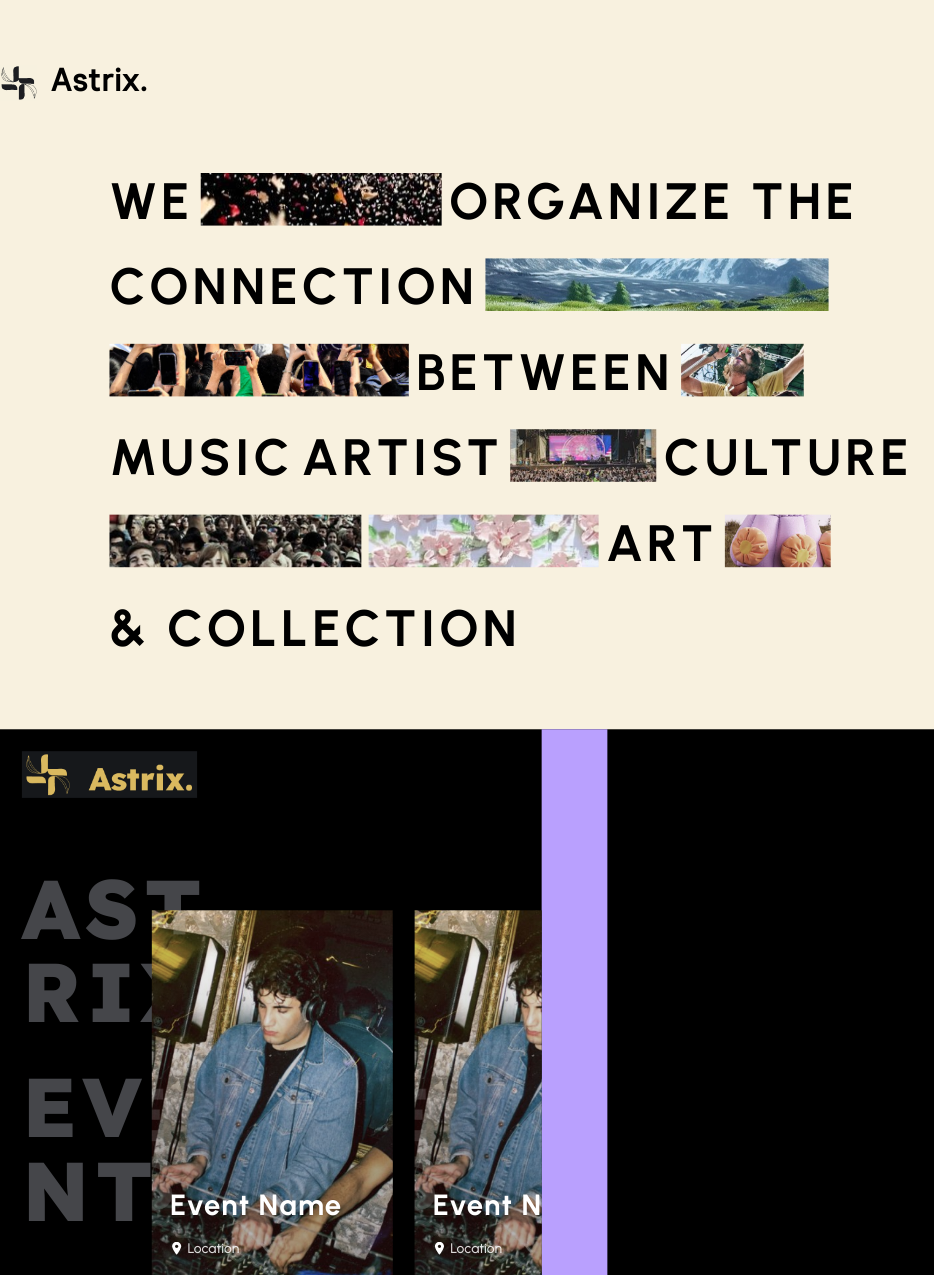
Repository: sharma171/astrix
Page: /
These files come from the project's save history. The page is drawn as it stood at one moment and after a run of saves; the edit follows.
The browser window is 1280 px wide. The pictures show the whole page, at 73% of full size.
The project was rebuilt for these pictures with package versions that can differ from the ones it lists, and the page was loaded fresh each time.

Above is the page before, as saved 2024-05-20 14:59:03.

### src/index.jsx
import React from 'react';
import ReactDOM from 'react-dom/client';
// import './index.css';
import App from './App';
import reportWebVitals from './reportWebVitals';

const root = ReactDOM.createRoot(document.getElementById('root'));
root.render(
  // <React.StrictMode>
    <App />
  // </React.StrictMode>
);

// If you want to start measuring performance in your app, pass a function
// to log results (for example: reportWebVitals(console.log))
// or send to an analytics endpoint. Learn more: https://bit.ly/CRA-vitals
reportWebVitals();

### src/App.jsx
import React from "react";
import { BrowserRouter as Router, Route, Routes } from "react-router-dom";
import Home from "./Home";
import "./component/main.css";
//fonts
import "./fonts/FUTURA45LIGHT.TTF";
import "./fonts/FUTURA55REGULAR.TTF";
import "./fonts/FUTURA65MEDIUM.TTF";
import "./fonts/FUTURA75BOLD.TTF";

function App() {
  return (
    <div>
      <Router>
        <Routes>
          <Route path="/" element={<Home/>} />
        </Routes>
      </Router>
    </div>
  );
}
export default App;

### src/Home.jsx
import React, { useState } from 'react';
import Hero from "./component/hero";
import HomeSection from './component/homesection';
const Home = () => {
    const [heroActive, setHeroActive] = useState(false);
    const handleActive = () => {
        setHeroActive(!heroActive);
    }
    return(
        <div>
            <div className={`floating-hero ${heroActive ? 'active' : ''}`} onClick={handleActive}>
                <Hero />
            </div>
            <div className="homesection">
                <HomeSection />
            </div>
        </div>
    );
}
export default Home;

### src/component/main.css
@import url('https://fonts.googleapis.com/css2?family=Urbanist:ital,wght@0,100..900;1,100..900&display=swap');

@font-face {
    font-family: "sebino";
    src: local("sebino"),
     url("../fonts/Sebino-Regular.ttf") format("truetype");
    font-weight: 500;
}
@font-face {
    font-family: "futuralight";
    src: local("futuralight"),
     url("../fonts/FUTURA45LIGHT.TTF") format("truetype");
    font-weight: light;
}
@font-face {
    font-family: "futuraregular";
    src: local("futuraregular"),
     url("../fonts/FUTURA55REGULAR.TTF") format("truetype");
    font-weight: regular;
}
@font-face {
    font-family: "futuramedium";
    src: local("futuramedium"),
     url("../fonts/FUTURA65MEDIUM.TTF") format("truetype");
    font-weight: medium;
}
@font-face {
    font-family: "futurabold";
    src: local("futurabold"),
     url("../fonts/FUTURA75BOLD.TTF") format("truetype");
    font-weight: bold;
}

*{
    padding: 0;
    margin: 0;
}
* a{
    text-decoration: none;
}
* .row-flex {
    display: flex;
    flex-direction: row;
}
* .col-flex {
    display: flex;
    flex-direction: column;
}
* .container {
    width: 100%;
    max-width: 1380px;
    margin: 0 auto;
}
* .bigcontainer {
    width: 100%;
    max-width: 1520px;
    margin: 0 auto;
}
#root {
    background: #000;
    min-height: 100vh;
}

### src/component/hero.jsx
import React from "react";
import Header from "./header";
import "./hero-overlay/css/hero.css";
import ImageOne from "./hero-overlay/images/heroimage1.jpeg";
import ImageTwo from "./hero-overlay/images/heroimage2.jpeg";
import ImageThree from "./hero-overlay/images/heroimage3.jpg";
import ImageFour from "./hero-overlay/images/heroimage4.png";
import ImageFive from "./hero-overlay/images/heroimage5.png";
import ImageSix from "./hero-overlay/images/heroimag6.png";
import ImageSeven from "./hero-overlay/images/heroimage7.png";
import ImageEight from "./hero-overlay/images/heroimage8.png";
const Hero = () => {
    return(
        <>
            <Header />
            <div className={`container`} >
                <div className={`hero-anim row-flex`}>
                    <h3 className="hero-text">WE</h3>
                    <img className="hero-image" src={ImageOne} alt="" />
                    <h3 className="hero-text">ORGANIZE THE</h3>
                    <h3 className="hero-text">CONNECTION</h3>
                    <img className="hero-image" src={ImageTwo} alt="" />
                    <img className="hero-image" src={ImageThree} alt="" />
                    <h3 className="hero-text">BETWEEN</h3>
                    <img className="hero-image" src={ImageFour} alt="" />
                    <h3 className="hero-text">MUSIC</h3>
                    <h3 className="hero-text">ARTIST</h3>
                    <img className="hero-image" src={ImageFive} alt="" />
                    <h3 className="hero-text">CULTURE</h3>
                    <img className="hero-image" src={ImageSix} alt="" />
                    <img className="hero-image" src={ImageSeven} alt="" />
                    <h3 className="hero-text">ART</h3>
                    <img className="hero-image" src={ImageEight} alt="" />
                    <h3 className="hero-text">& COLLECTION</h3>
                </div>
            </div>
        </>
    );
}
export default Hero;

### src/component/homesection.js
import React from "react";
import "./home.css"
import AstrixIcon from "./images/asterlogo.png"
import CarImage1 from "./images/car-image.png"
import LocationIcon from "./images/location.svg"


const HomeSection = () => {
    return(
        <>
            <div className="bigcontainer">
                <div className="row-flex">
                    <div className="col-flex car-row-col">
                        <div className="row-flex car-row-row">
                            <div className="car-col">
                                <div className="homebrand">
                                    <img src={AstrixIcon} alt="" />
                                </div>
                                <div className="carousel-inner">
                                    <span className="one">AST<br></br>RIX</span>
                                    <span className="two">EVE<br></br>NTS</span>
                                    <div className="carousel-box">
                                        <div className="car-item">
                                            <img src={CarImage1} alt="carousel" className="carimg" />
                                            <div className="overlay col-flex">
                                                <h3 className="eventname">Event Name</h3>
                                                <div className="location row-flex">
                                                    <img src={LocationIcon} alt="" className="icon" />
                                                    <span>Location</span>
                                                </div>
                                            </div>
                                        </div>
                                        <div className="car-item">
                                            <img src={CarImage1} alt="carousel" className="carimg" />
                                            <div className="overlay col-flex">
                                                <h3 className="eventname">Event Name</h3>
                                                <div className="location row-flex">
                                                    <img src={LocationIcon} alt="" className="icon" />
                                                    <span>Location</span>
                                                </div>
                                            </div>
                                        </div>
                                        <div className="car-item">
                                            <img src={CarImage1} alt="carousel" className="carimg" />
                                            <div className="overlay col-flex">
                                                <h3 className="eventname">Event Name</h3>
                                                <div className="location row-flex">
                                                    <img src={LocationIcon} alt="" className="icon" />
                                                    <span>Location</span>
                                                </div>
                                            </div>
                                        </div>
                                        <div className="car-item">
                                            <img src={CarImage1} alt="carousel" className="carimg" />
                                            <div className="overlay col-flex">
                                                <h3 className="eventname">Event Name</h3>
                                                <div className="location row-flex">
                                                    <img src={LocationIcon} alt="" className="icon" />
                                                    <span>Location</span>
                                                </div>
                                            </div>
                                        </div>
                                    </div>
                                </div>
                            </div>
                            <div className="tick-col"></div>
                        </div>
                    </div>
                    <div className="col-flex evnt-col">

                    </div>
                </div>
            </div>
        </>
    );
}
export default HomeSection;

### src/component/header.jsx
import React from 'react';
import { Link } from 'react-router-dom';
import "./hero-overlay/css/header.css"
import HeroLogo from './hero-overlay/images/png logo.png';

const Header = () => {
    return(
        <div className="ov-header">
            <div className="container">
                <div className="navmenu">
                    <Link to="#" className="row-flex">
                        <img
                            src={HeroLogo}
                            alt="Asterix-logo"
                            className="brand-logo"
                        />
                        <h1 className='brand-name'>Astrix.</h1>
                    </Link>
                </div>
            </div>
        </div>
    )
}

export default Header;

### src/component/hero-overlay/css/hero.css
.floating-hero {
    background: #f8f1df;
    min-height: 100vh;
    transition: all 2s;
    cursor: pointer;
    display: block;
    position: static;
    width: 100%;
    transition: all 3s ease-in-out;
    top: 0;
}
.floating-hero.active {
    display: block;
    position: fixed;
    top: -500%;
    left: 0;
}
.floating-hero .navmenu{
    padding-top: 90px;
}

.floating-hero .hero-anim {
    flex-wrap: wrap;
    row-gap: 40px;
    column-gap: 10px;
    padding-left: 150px;
    padding-top: 100px;
    padding-bottom: 100px;
}

.floating-hero .hero-anim .hero-image {
    max-height: 72px;
    object-fit: cover;
}
.floating-hero .hero-anim .hero-text {
    font-family: "Urbanist", sans-serif;
    font-size: 70px;
    letter-spacing: 6px;
    line-height: 1.1;
    font-weight: 700;
    color: #000;
}
.floating-hero .hero-anim .hero-image:nth-child(2) {
    animation-name: hero-first;
    animation-duration: 9s;
    animation-timing-function: ease-in-out;
    animation-iteration-count: infinite;
    animation-delay: 2s;
    width: 450px;
}
.floating-hero .hero-anim .hero-image:nth-child(5) {
    animation-name: hero-second;
    animation-duration: 9s;
    animation-timing-function: ease-in-out;
    animation-iteration-count: infinite;
    animation-delay: 2s;
    width: 620px;
}
.floating-hero .hero-anim .hero-image:nth-child(6) {
    animation-name: hero-third;
    animation-duration: 9s;
    animation-timing-function: ease-in-out;
    animation-iteration-count: infinite;
    animation-delay: 2s;
    width: 340px;
}
.floating-hero .hero-anim .hero-image:nth-child(11) {
    animation-name: hero-four;
    animation-duration: 9s;
    animation-timing-function: ease-in-out;
    animation-iteration-count: infinite;
    animation-delay: 2s;
    width: 300px;
}
.floating-hero .hero-anim .hero-image:nth-child(13) {
    animation-name: hero-fifth;
    animation-duration: 9s;
    animation-timing-function: ease-in-out;
    animation-iteration-count: infinite;
    animation-delay: 2s;
    width: 190px;
}
.floating-hero .hero-anim .hero-image:nth-child(14) {
    animation-name: hero-sixth;
    animation-duration: 9s;
    animation-timing-function: ease-in-out;
    animation-iteration-count: infinite;
    animation-delay: 2s;
    width: 255px;
}
@keyframes hero-first {
    0% {
        width: 450px;
    }
    25% {
        width: 330px;
    }
    50% {
        width: 330px;
    }
    75% {
        width: 450px;
    }
    100% {
        width: 450px;
    }
}
@keyframes hero-second {
    0% {
        width: 620px;
    }
    25% {
        width: 470px;
    }
    50% {
        width: 470px;
    }
    75% {
        width: 620px;
    }
    100% {
        width: 620px;
    }
}
@keyframes hero-third {
    0% {
        width: 340px;
    }
    25% {
        width: 410px;
    }
    50% {
        width: 410px;
    }
    75% {
        width: 340px;
    }
    100% {
        width: 340px;
    }
}
@keyframes hero-four {
    0% {
        width: 300px;
    }
    25% {
        width: 200px;
    }
    50% {
        width: 200px;
    }
    75% {
        width: 300px;
    }
    100% {
        width: 300px;
    }
}
@keyframes hero-fifth {
    0% {
        width: 190px;
    }
    25% {
        width: 345px;
    }
    50% {
        width: 345px;
    }
    75% {
        width: 190px;
    }
    100% {
        width: 190px;
    }
}
@keyframes hero-sixth {
    0% {
        width: 255px;
    }
    25% {
        width: 315px;
    }
    50% {
        width: 315px;
    }
    75% {
        width: 255px;
    }
    100% {
        width: 255px;
    }
}

### src/component/home.css
@import url('https://fonts.googleapis.com/css2?family=Lexend:wght@100..900&family=Roboto+Slab:wght@100..900&display=swap');

/* Carousel columns */


.homesection .car-row-col {
    width: 65%;
}
.homesection .car-row-row {
    flex-wrap: nowrap;
    width: 100%;
}
.homesection .car-col {
    width: calc(100% - 90px);
}
.homesection .tick-col {
    width: 90px;
    background: #b9a0fe;
}
.homesection .car-col .homebrand {
    margin-top: 30px;
    margin-left: 30px;
}
.homesection .car-col .homebrand img{
    width: 240px;
}

.homesection .car-col .carousel-inner {
    position: relative;
    margin: 90px 0 0 0;
}

.homesection .car-col .carousel-inner .one {
    position: absolute;
    top: 0;
    color: #45464a;
    font-family: "Lexend", sans-serif;
    font-size: 114px;
    line-height: 1;
    font-weight: 800;
    letter-spacing: 8px;
    margin-left: 30px;
    z-index: 1;
}
.homesection .car-col .carousel-inner .two {
    position: absolute;
    bottom: 60px;
    color: #45464a;
    font-family: "Lexend", sans-serif;
    font-size: 114px;
    line-height: 1;
    font-weight: 800;
    letter-spacing: 8px;
    margin-left: 30px;
    z-index: 1;
}
.homesection .car-col .carousel-inner .carousel-box {
    z-index: 10;
    position: relative;
    padding-top: 60px;
    padding-left: 28%;
    gap: 30px;
    display: flex;
    flex-direction: row;
    overflow: hidden;
}
.homesection .car-col .carousel-inner .carousel-box .car-item {
    height: 500px;
    width: 330px;
    max-height: 500px;
    max-width: 330px;
    position: relative;
}
.homesection .car-col .carousel-inner .carousel-box .car-item .carimg {
    height: 500px;
    width: 330px;
    max-height: 500px;
    max-width: 330px;
    object-fit: cover;
}

.homesection .car-col .carousel-inner .carousel-box .car-item .overlay {
    position: absolute;
    top: 0;
    left: 0;
    width: 100%;
    height: 100%;
    display: flex;
    justify-content: flex-end;
    align-items: flex-start;
    color: #fff;
    font-family: "Urbanist", sans-serif;
    background: linear-gradient(0deg, rgb(0 0 0 / 29%) 40%, rgb(0 0 0 / 0%) 100%);
}

.homesection .car-col .carousel-inner .carousel-box .car-item .overlay .eventname {
    font-size: 40px;
    font-weight: 700;
    line-height: 1;
    margin: 25px 25px 30px 25px;
    letter-spacing: 1.7px;
}
.homesection .car-col .carousel-inner .carousel-box .car-item .overlay .location {
    margin: 0px 25px 25px 25px;
    gap: 6px
}
.homesection .car-col .carousel-inner .carousel-box .car-item .overlay .location .icon {
    width: 18px;
    height: 18px;
}
.homesection .car-col .carousel-inner .carousel-box .car-item .overlay .location span {
    font-size: 19px;
    font-weight: 500;
    line-height: 1.1;
    color: #ffffffd6;
}


/* //Event columns */
.homesection .evnt-col{
    width: 35%;
}

### src/component/hero-overlay/css/header.css
.ov-header .navmenu .brand-logo {
    width: 50px;
    height: auto;
}
.ov-header .brand-name {
    font-family: "sebino";
    color: black;
    font-size: 43px;
    line-height: 0.8;
    align-self: center;
    margin-left: 20px;
    letter-spacing: 1.5px;
}

Loaded but not shown: public/index.html (common file); src/reportWebVitals.js (common file)

After the next 2 saves:
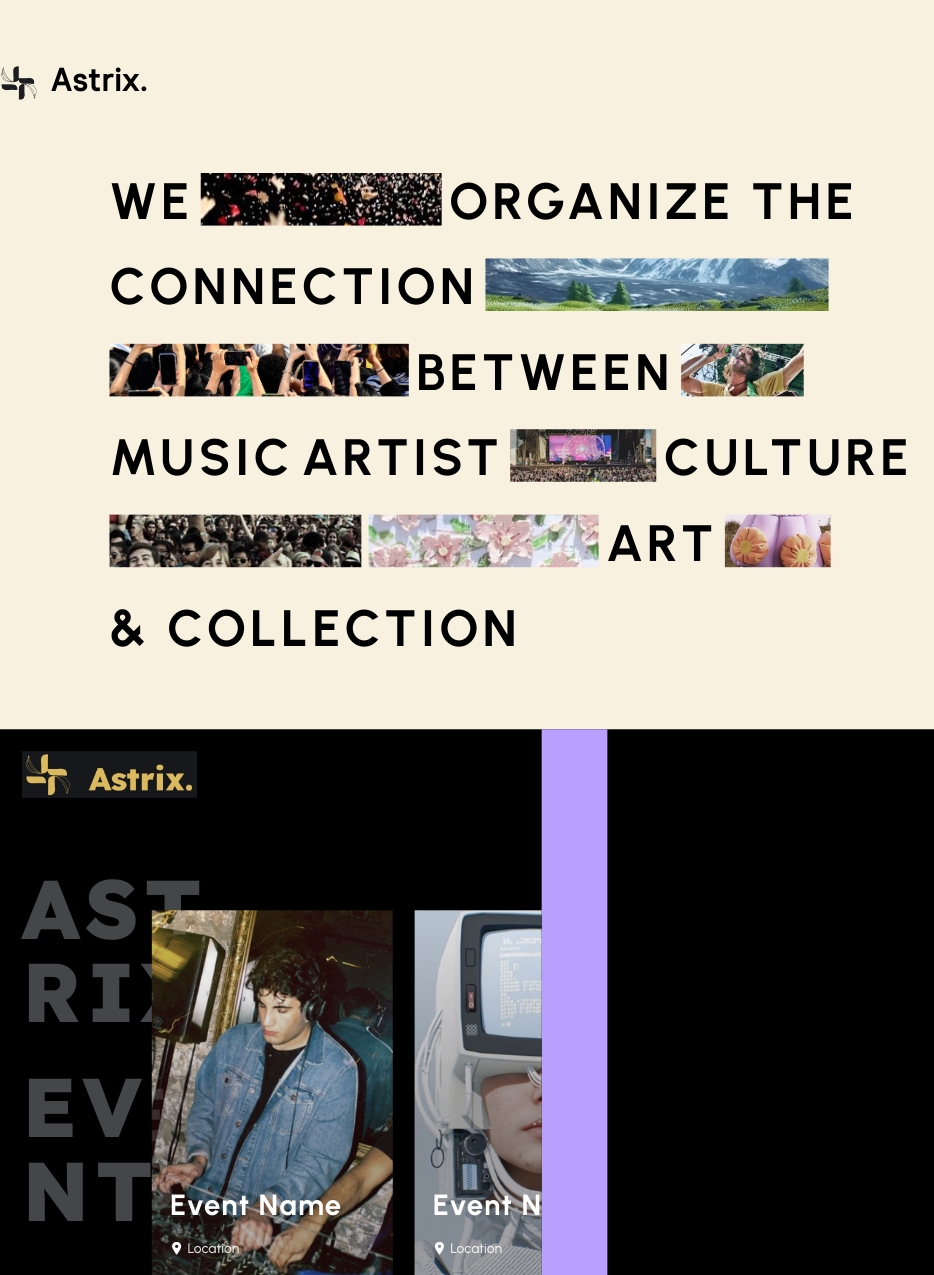
The 2 saves are shown as one change because 1 did not build or start.
The last was saved 4 min 57 s later.
--- a/src/component/homesection.js
+++ b/src/component/homesection.js
@@ -1,8 +1,11 @@
 import React from "react";
-import "./home.css"
-import AstrixIcon from "./images/asterlogo.png"
-import CarImage1 from "./images/car-image.png"
-import LocationIcon from "./images/location.svg"
+import "./home.css";
+import AstrixIcon from "./images/asterlogo.png";
+import CarImage1 from "./images/car-image.png";
+import CarImage2 from "./images/car-image2.png";
+import CarImage3 from "./images/car-image3.png";
+import CarImage4 from "./images/car-image4.png";
+import LocationIcon from "./images/location.svg";
 
 
 const HomeSection = () => {
@@ -31,7 +34,7 @@
                                             </div>
                                         </div>
                                         <div className="car-item">
-                                            <img src={CarImage1} alt="carousel" className="carimg" />
+                                            <img src={CarImage2} alt="carousel" className="carimg" />
                                             <div className="overlay col-flex">
                                                 <h3 className="eventname">Event Name</h3>
                                                 <div className="location row-flex">
@@ -41,7 +44,7 @@
                                             </div>
                                         </div>
                                         <div className="car-item">
-                                            <img src={CarImage1} alt="carousel" className="carimg" />
+                                            <img src={CarImage3} alt="carousel" className="carimg" />
                                             <div className="overlay col-flex">
                                                 <h3 className="eventname">Event Name</h3>
                                                 <div className="location row-flex">
@@ -51,7 +54,7 @@
                                             </div>
                                         </div>
                                         <div className="car-item">
-                                            <img src={CarImage1} alt="carousel" className="carimg" />
+                                            <img src={CarImage4} alt="carousel" className="carimg" />
                                             <div className="overlay col-flex">
                                                 <h3 className="eventname">Event Name</h3>
                                                 <div className="location row-flex">
